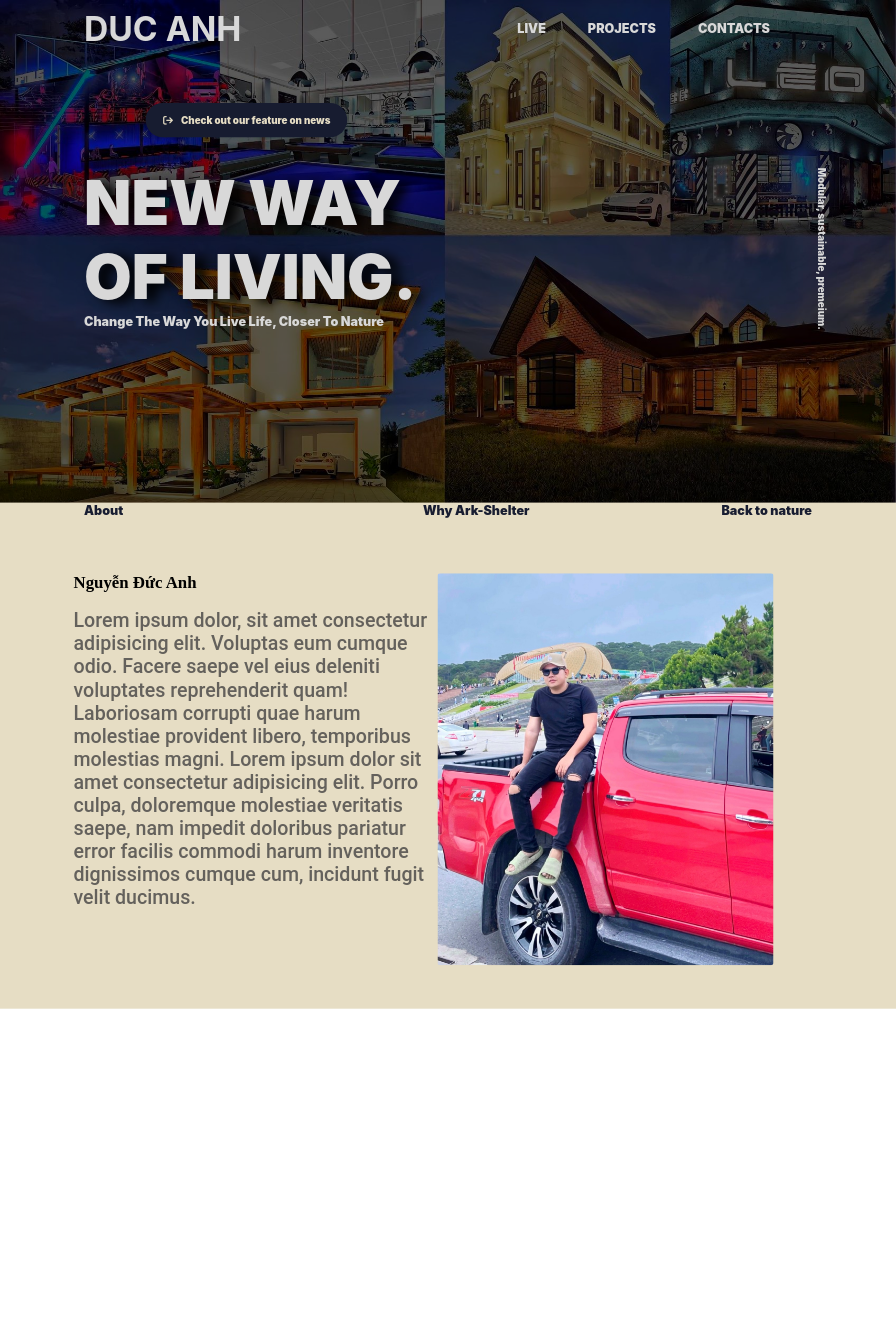
Repository: Ethanxcode/DucAnhNguyen
Page: index.html
These files come from the project's save history. The page is drawn as it stood at one moment and after the next save; the edit follows.
The browser window is 1280 px wide. The pictures show the part of the page from y = 0 to 1920 px (the page is 10000 px tall), at 70% of full size.

Above is the page before, as saved 2023-01-14 01:57:53.

### index.html
<!DOCTYPE html>
<html lang="en">
	<head>
		<meta charset="UTF-8" />
		<meta http-equiv="X-UA-Compatible" content="IE=edge" />
		<meta name="viewport" content="width=device-width, initial-scale=1.0" />
		<link rel="stylesheet" href="./style.css" />
		<link
			rel="stylesheet"
			href="https://cdnjs.cloudflare.com/ajax/libs/font-awesome/6.2.1/css/all.min.css"
		/>
		<!-- <link rel="stylesheet" type="text/css" href="/css/fonts.css" /> -->
		<title>DucAnhNguyen</title>
	</head>
	<body>
		<div id="root">
			<section class="container bgimage header">
				<div
					class="bg-image-holder"
					style="
						background-image: url(./Assets/241194850_2108411145980762_7904081432669109629_n.jpg);
					"
				></div>
				<nav class="navigation content-above">
					<ul class="headerMenu">
						<li>
							<a href=""><h2 class="textLogo">Duc Anh</h2></a>
						</li>
						<li class="subHeaderMenu">
							<ul>
								<li>
									<a href="#" class="inter-black-iron-16px">Live</a>
								</li>
								<li>
									<a href="#" class="inter-black-iron-16px">Projects</a>
								</li>
								<li>
									<a href="#" class="inter-black-iron-16px">Contacts</a>
								</li>
							</ul>
						</li>
					</ul>
				</nav>
				<nav class="heroSubNavigation">
					<button class="btn inter-black-almod-16px" style="margin-left: 88px">
						<i class="icon-margin-8px fa-solid fa-arrow-right-from-bracket"></i>
						Check out our feature on news
					</button>
					<h1 class="heroTitle">
						New way <br />
						of living.
					</h1>
					<p class="inter-black-iron-16px" style="text-transform: capitalize">
						change the way you live life, closer to nature
					</p>
					<p class="childrenSubNav">Modular, sustainable, premeium.</p>
				</nav>
			</section>

			<section class="AboutSection container content-above">
				<header class="HeaderSection">
					<ul class="HeaderSectionMenu">
						<li>
							<h4 class="inter-black-eerie-black-18px">About</h4>
						</li>
						<ul class="subSectionMenu">
							<li>
								<h4 class="inter-black-eerie-black-18px">Why Ark-Shelter</h4>
							</li>
							<li>
								<h4 class="inter-black-eerie-black-18px">Back to nature</h4>
							</li>
						</ul>
					</ul>
				</header>
				<div class="row Aboutcontent">
					<div class="col-half">
						<h1>Nguyễn Đức Anh</h1>
						<p class="margin-top-24px inter-medium-tundora-28px">
							Lorem ipsum dolor, sit amet consectetur adipisicing elit. Voluptas
							eum cumque odio. Facere saepe vel eius deleniti voluptates
							reprehenderit quam! Laboriosam corrupti quae harum molestiae
							provident libero, temporibus molestias magni. Lorem ipsum dolor
							sit amet consectetur adipisicing elit. Porro culpa, doloremque
							molestiae veritatis saepe, nam impedit doloribus pariatur error
							facilis commodi harum inventore dignissimos cumque cum, incidunt
							fugit velit ducimus.
						</p>
					</div>
					<div class="col-half">
						<img
							src="./Assets/P1.jpg"
							alt=""
							style="
								height: 560px;
								width: 480px;
								object-fit: cover;
								border-radius: 4px;
							"
						/>
					</div>
				</div>
			</section>
		</div>
	</body>
</html>

### style.css
* {
	padding: 0;
	margin: 0;
	box-sizing: border-box;
}

html {
	height: 10000px;
}

:root {
	--custom-color-one: rgb(32, 45, 99, 01);
	--custom-color-two: rgb(232, 198, 113);
	--black: rgba(0, 0, 0, 1);
	--mirage: rgba(23, 28, 48, 1);
	--eerie-black: rgba(24, 29, 49, 1);
	--tundora-2: rgba(67, 66, 66, 0.8);
	--tundora: rgba(67, 66, 66, 0.8);
	--pablo: rgba(120, 113, 108, 1);
	--iron: rgba(216, 216, 216, 1);
	--almod: rgba(230, 221, 196, 1);

	--font-size-xxxs: 16px;
	--font-size-xxs: 18px;
	--font-size-xs: 22px;
	--font-size-s: 24px;
	--font-size-m: 28px;
	--font-size-l: 32px;
	--font-size-xl: 36px;
	--font-size-xxl: 48px;
	--font-size-xxxl: 128px;

	--font-family-inter: 'Inter';
	--font-family-roboto: 'Roboto';
}

.root {
	max-width: 1920px;
	max-height: 10000px;
}

.col {
	float: left;
	padding-left: 8px;
	padding-right: 8px;
}

.col-third {
	width: 33.33333%;
}

.col-half {
	width: 50%;
}

.col-full {
	width: 100%;
}

.col-sm-12 {
	position: relative;
	width: 100%;
	padding-right: 15px;
	padding-left: 15px;
}

.mt-8 {
	margin-top: 8px;
}

.mt-16 {
	margin-top: 16px;
}

.mt-32 {
	margin-top: 32px;
}

.row {
	display: flex;
	flex-wrap: wrap;
	width: 100%;
	margin-right: -15px;
	margin-left: -15px;
}

.first-sub-row {
	width: 100%;
	/* padding: 0 15px; */
	margin: 0 auto;
	flex: wrap;
	display: flex;
}

.second-sub-row {
	width: 100% !important;
	/* padding: 0 15px; */
	margin: 0 auto;
	justify-content: space-between;
}

/* Classes */
.inter-black-iron-16px {
	color: var(--iron);
	font-family: var(--font-family-inter);
	font-size: var(--font-size-xxs);
	font-weight: 900;
	font-style: normal;
	text-transform: uppercase;
	user-select: none;
}

.inter-black-iron-24px {
	color: var(--iron);
	font-family: var(--font-family-inter);
	font-size: var(--font-size-s);
	font-weight: 900;
	font-style: normal;
	user-select: none;
}

.inter-black-eerie-black-24px {
	color: var(--eerie-black);
	font-family: var(--font-family-inter);
	font-size: var(--font-size-s);
	font-weight: 900;
	font-style: normal;
}
.inter-black-eerie-black-18px {
	color: var(--eerie-black);
	font-family: var(--font-family-inter);
	font-size: 18px;
	font-weight: 900;
	font-style: normal;
}

.inter-black-eerie-black-16px {
	color: var(--eerie-black);
	font-family: var(--font-family-inter);
	font-size: 16px;
	font-weight: 900;
	font-style: normal;
}

.inter-medium-black-24px {
	color: var(--black);
	font-family: var(--font-family-inter);
	font-size: var(--font-size-s);
	font-weight: 500;
	font-style: normal;
}

.inter-medium-black-32px {
	color: var(--black);
	font-family: var(--font-family-inter);
	font-size: var(--font-size-l);
	font-weight: 500;
	font-style: normal;
}

.inter-medium-tundora-28px {
	color: var(--tundora);
	font-family: var(--font-family-roboto);
	font-size: var(--font-size-m);
	font-weight: 500;
	font-style: normal;
}

.inter-medium-tundora-16px {
	color: var(--tundora);
	font-family: var(--font-family-roboto);
	font-size: var(--font-size-xxxs);
	font-weight: 500;
	font-style: normal;
}
.inter-medium-tundora-18px {
	color: var(--tundora);
	font-family: var(--font-family-roboto);
	font-size: var(--font-size-m);
	font-weight: 500;
	font-style: normal;
}

.inter-medium-tundora-28px-2 {
	color: var(--tundora-2);
	font-family: var(--font-family-inter);
	font-size: var(--font-size-m);
	font-weight: 500;
	font-style: normal;
}

.inter-medium-tundora-28px-2 {
	color: var(--tundora);
	font-family: var(--font-family-inter);
	font-size: var(--font-size-m);
	font-weight: 500;
	font-style: normal;
}

.btn {
	text-decoration: none;
	padding: 16px 24px;
	margin: 0;
	background-color: var(--mirage);
	color: var(--almod);
	font-weight: 500;
	display: inline-block;
	box-shadow: 0 4px 30px rgb(0 0 0 / 10%);
	transition: 0.3s ease;
	border: none;
	/* position: relative; */
	text-align: center;
	border-radius: 100px;
	font-family: var(--font-family-inter);
	font-size: 14px;
	font-weight: 900;
	font-style: normal;
}
.icon-margin-8px {
	margin-right: 8px;
}
.btn:hover {
	background-color: rgba(11, 16, 41, 0.85);
	color: rgb(233, 200, 117);
	cursor: pointer;
}

.btn:hover:before {
	opacity: 0.07;
	visibility: visible;
}

.btn:hover {
	/* color: #212529; */
	text-decoration: none;
}

.btn--xs {
	line-height: 42px;
	padding: 0 19px;
	font-size: 15px;
	margin: 0px 8px;
}

.btn--news-xs {
	line-height: 36px;
	padding: 6px 20px;
	font-size: 15px;
}

.btn--news-xs > a {
	line-height: 36px;
	/* padding: 4px 16px; */
	font-size: 20px;
	color: #fff;
	font-weight: 400;
}

.news-btn {
	margin-top: 16px;
}

.btn-form--xs {
	line-height: 36px;
	padding: 0 19px;
	font-size: 15px;
}

.btn--lg,
.btn-lg {
	line-height: 55px;
	font-size: 16px;
	min-width: 195px;
}

.heroTitle {
	color: var(--iron);
	font-family: var(--font-family-inter);
	font-size: 88px;
	font-weight: 900;
	letter-spacing: 0;
	line-height: normal;
	margin-top: 40px;
	min-height: 150px;
	text-transform: uppercase;
	/* width: 752px; */
	text-shadow: 14px 4px 16px #000;
	user-select: none;
}

.textLogo {
	text-transform: uppercase;
	color: var(--iron);
	font-family: var(--font-family-inter);
	font-size: var(--font-size-xxl);
	font-weight: 900px;
	letter-spacing: 0;
	line-height: normal;
	/* min-height: 94px; */
	/* min-width: 334px; */
	user-select: none;
}

.container {
	width: 100%;
	padding-right: 120px;
	padding-left: 120px;
	margin-right: auto;
	margin-left: auto;
}

.content-above {
	position: relative;
	z-index: 2;
	user-select: none;
}

.bg-image-holder {
	position: absolute;
	height: 100%;
	width: 100%;
	top: 0;
	left: 0;
	background-size: cover;
	/* background-position: 50% 50% !important; */
	z-index: 0;
	filter: brightness(36%) contrast(100%) saturate(180%);
	box-shadow: inset 0px -36px 100px rgba(0, 0, 0, 0.25);
	-webkit-backdrop-filter: brightness(36%) contrast(100%) saturate(180%);
	/* scale: (5px); */
	/* -webkit-transition: opacity 0.3s linear; */
}

.navigation {
	margin-bottom: 64px;
}

.heroSubNavigation {
	width: 100%;
	position: relative;
}

/* .navigation .subNavigation {
	display: table;
	vertical-align: middle;
	text-align: center;
	width: 100%;
	height: 100%;
} */

.childrenSubNav {
	color: var(--iron);
	font-family: var(--font-family-inter);
	font-size: 14px;
	font-weight: 900;
	position: absolute;
	/* margin-bottom: 61px; */
	margin-right: -130px;
	/* min-height: 27px; */
	/* min-width: 360px; */
	transform: rotate(90deg);
	/* position: relative; */
	right: 0;
	top: 62%;
}

.hero-area .hero-content .content-wrapper {
	display: table-cell;
	vertical-align: middle;
}

.headerMenu {
	align-items: center;
	display: flex;
	justify-content: space-between;
}

.headerMenu > li {
	display: inline-block;
	/* padding: 12px 0; */
	/* margin-right: 30px; */
	list-style: none;
}

a {
	text-decoration: none;
}

li {
	list-style: none;
}

.subHeaderMenu > ul {
	flex-direction: row;
	display: flex;
}

.subHeaderMenu > ul > li {
	list-style: none;
	line-height: 34px;
	margin-right: 60px;
	padding: 24px 0;
}

subHeaderMenu > ul > li > a {
	/* gap: 0.5em; */
	text-decoration: none;
}

.subHeaderMenu > ul > li > a:hover {
	cursor: pointer;
	gap: 0.5em;
	color: var(--pablo);
	/* background-color: #fffd; */
	/* backdrop-filter: blur(10px) saturate(160%) contrast(180%); */
}

.header {
	height: 678px;
}

.AboutSection {
	background-color: var(--almod);
	height: 723px;
	/* position: relative; */
	width: 100%;
}

.margin-top-16px {
	margin-top: 16px;
}
.margin-top-24px {
	margin-top: 24px;
}
.margin-top-32px {
	margin-top: 320px;
}
.margin-top-48px {
	margin-top: 48px;
}
.margin-top-64px {
	margin-top: 64px;
}

.bgimage:before {
	z-index: 1;
}

.AboutSection {
	/* display: flex; */
	/* width: 100%; */
}

.HeaderSection {
}

.HeaderSectionMenu {
	margin-top: 40px;
	align-items: center;
	display: flex;
	justify-content: space-between;
}

.subSectionMenu {
	align-items: center;
	display: flex;

	justify-content: space-around;
}
.subSectionMenu > li:first-child {
	margin-right: 274px;
}

.HeaderSectionMenu > li {
}

.Aboutcontent {
	justify-content: center;
	margin-top: 80px;
}

After the next save:
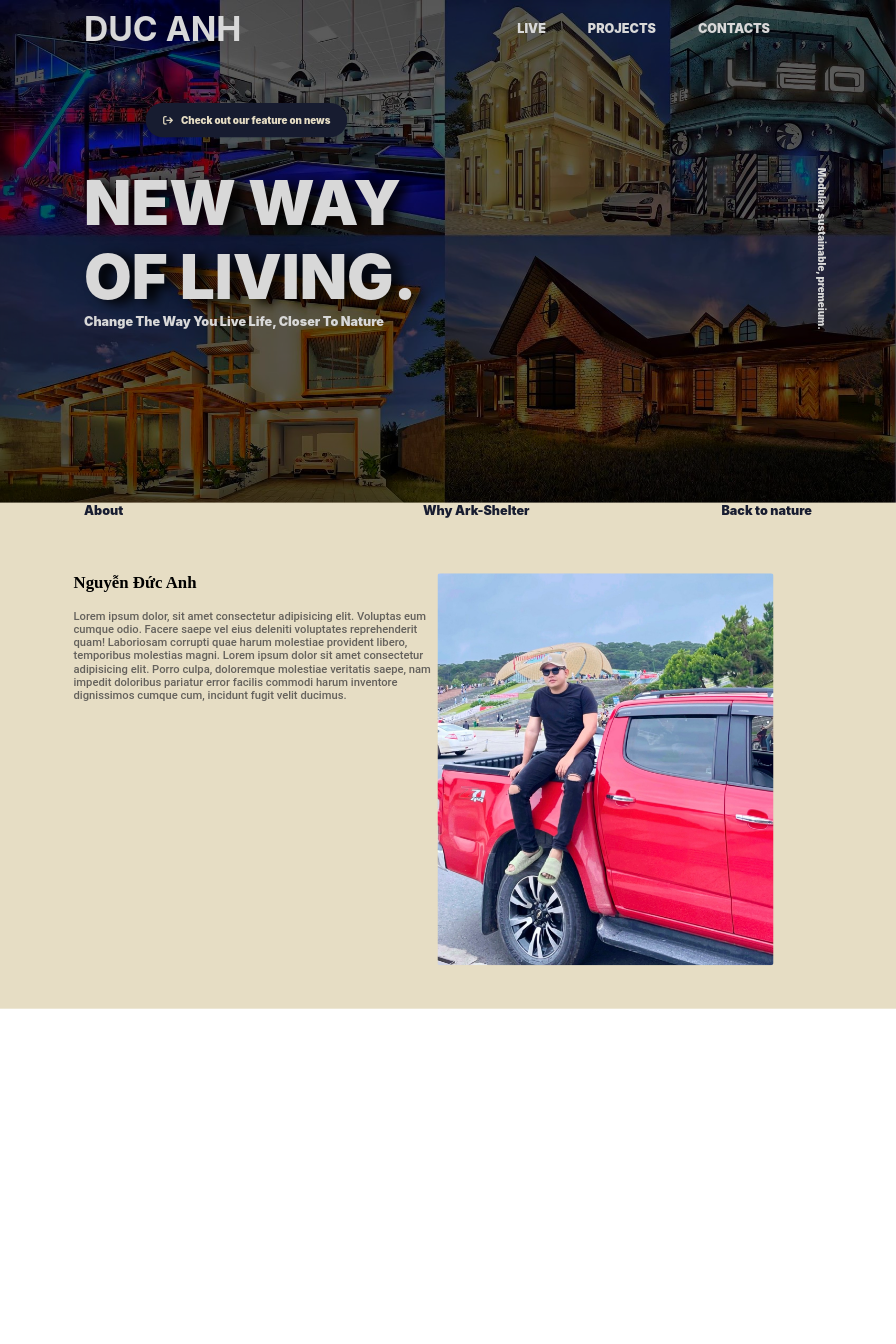
Saved 5 s later.
--- a/index.html
+++ b/index.html
@@ -76,7 +76,7 @@
 				<div class="row Aboutcontent">
 					<div class="col-half">
 						<h1>Nguyễn Đức Anh</h1>
-						<p class="margin-top-24px inter-medium-tundora-28px">
+						<p class="margin-top-24px inter-medium-tundora-16px">
 							Lorem ipsum dolor, sit amet consectetur adipisicing elit. Voluptas
 							eum cumque odio. Facere saepe vel eius deleniti voluptates
 							reprehenderit quam! Laboriosam corrupti quae harum molestiae
